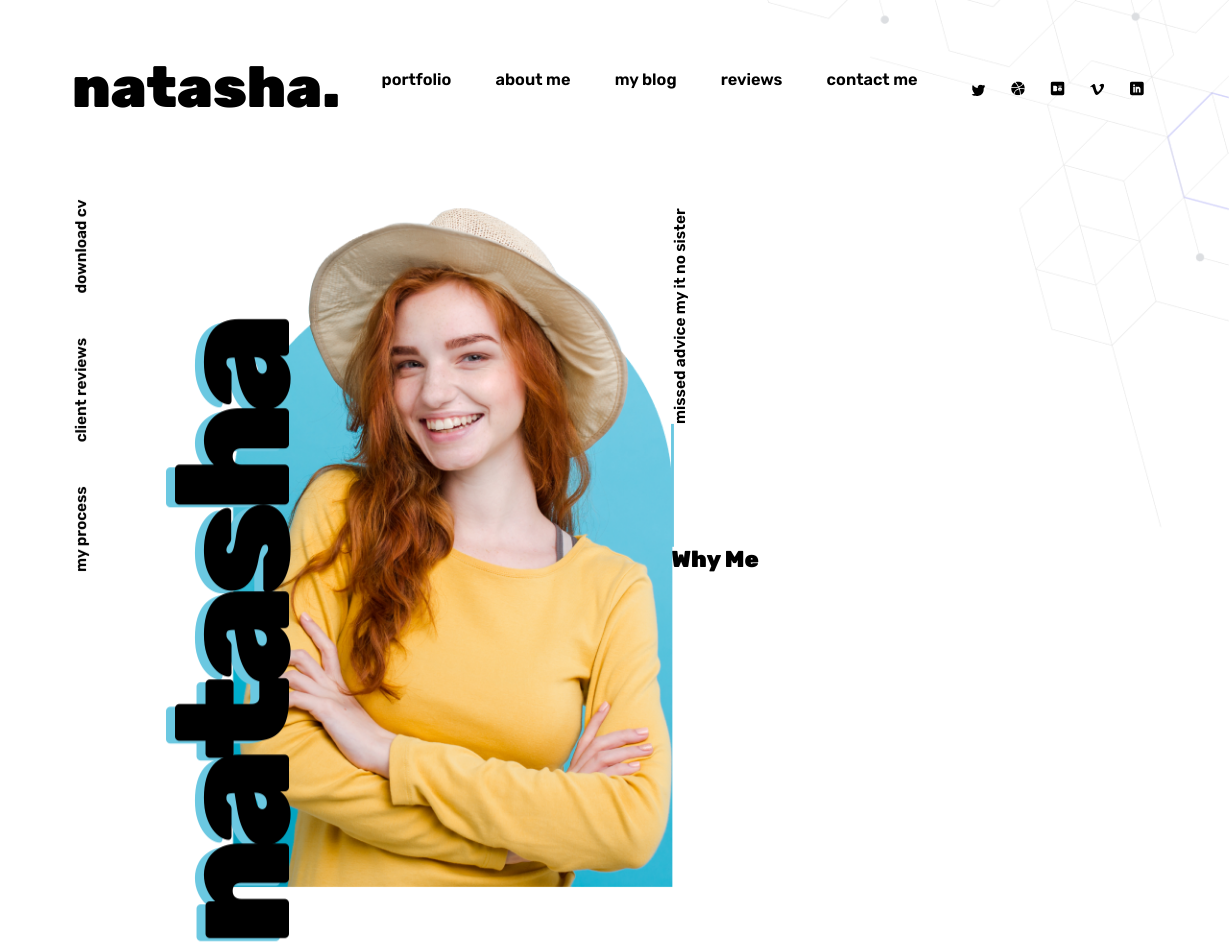
Repository: BuduCE/landing-page
Page: natasha-lp/index.html
An editor plug-in stored every save of this project. The page is shown before and after the next save, followed by the edit.
The browser window is 1280 px wide. The pictures show the whole page, at 96% of full size.

Above is the page before, as saved 2022-03-04 23:31:41.

### natasha-lp/index.html
<!DOCTYPE html>
<html lang="en">

<head>
    <meta charset="UTF-8">
    <meta http-equiv="X-UA-Compatible" content="IE=edge">
    <meta name="viewport" content="width=device-width, initial-scale=1.0">
    <title>Natasha</title>

    <!--CSS-->
    <link rel="stylesheet" href="./assets/css/style.css">

    <!--Google Font-->
    <link rel="preconnect" href="https://fonts.googleapis.com">
    <link rel="preconnect" href="https://fonts.gstatic.com" crossorigin>
    <link href="https://fonts.googleapis.com/css2?family=Rubik:ital,wght@0,600;0,900;1,400&display=swap" rel="stylesheet">
</head>

<body>
    <!--Navbar menu-->
    <header>
        <div class="logo">
            <h1>natasha.</h1>
        </div>

        <nav class='nav_text'>
            <li><a href="#">portfolio</a></li>
            <li><a href="#">about me</a></li>
            <li><a href="#">my blog</a></li>
            <li><a href="#">reviews</a></li>
            <li><a href="#">contact me</a></li>
        </nav>

        <nav class='nav_icon'>
            <li><a href="">
                <svg width="15" height="12" viewBox="0 0 15 12" fill="none"
                        xmlns="http://www.w3.org/2000/svg">
                        <path
                            d="M5.32379 11.9894C4.70669 11.9894 4.07153 11.9394 3.43255 11.8393C2.30713 11.6627 1.16788 11.074 0.845509 10.8977L0 10.4354L0.915405 10.1344C1.91606 9.80538 2.52477 9.60125 3.27828 9.28159C2.52379 8.91621 1.9423 8.25895 1.66238 7.4093L1.44943 6.76281L1.62406 6.78948C1.45846 6.62258 1.32771 6.45317 1.22635 6.29911C0.865868 5.75159 0.675013 5.08256 0.715623 4.50923L0.755688 3.94494L1.09352 4.07581C0.951007 3.80667 0.848013 3.51925 0.787479 3.21799C0.639956 2.48331 0.763418 1.7028 1.13522 1.02027L1.4295 0.480042L1.82308 0.952771C3.06783 2.44804 4.64442 3.33503 6.51562 3.5947C6.43919 3.06786 6.49646 2.55942 6.68601 2.10367C6.90669 1.57302 7.29929 1.12305 7.82101 0.802307C8.40043 0.446182 9.1031 0.273618 9.79956 0.316405C10.5385 0.361805 11.2094 0.638671 11.7422 1.11761C12.0024 1.04999 12.1941 0.977812 12.4532 0.880261C12.6091 0.821578 12.7859 0.754948 13.0072 0.678736L13.8224 0.397842L13.2908 1.91619C13.3259 1.91325 13.362 1.91075 13.3998 1.90912L14.2703 1.8697L13.7558 2.57292C13.7263 2.6132 13.7188 2.62463 13.7083 2.64042C13.6668 2.70291 13.6152 2.78065 12.909 3.72371C12.7322 3.95986 12.6439 4.26742 12.6603 4.58991C12.7229 5.81539 12.5726 6.92416 12.2132 7.88529C11.8733 8.7946 11.3465 9.57479 10.6478 10.2042C9.78312 10.9829 8.68056 11.516 7.3706 11.7886C6.72803 11.9223 6.03799 11.9894 5.32379 11.9894Z"
                            fill="black" />
                    </svg>
                </a></li>
            <li><a href="">
                <svg width="15" height="15" viewBox="0 0 15 15" fill="none" xmlns="http://www.w3.org/2000/svg">
                <g clip-path="url(#clip0_1_411)">
                <path d="M11.2078 3.20502C11.6444 2.71846 11.8989 2.20904 11.9882 1.68612C10.7537 0.65237 9.16565 0 7.43325 0C6.53875 0 5.68572 0.173109 4.89661 0.475995C6.218 1.7999 7.32307 3.36746 8.18742 5.05957C9.46102 4.59904 10.5225 3.96898 11.2078 3.20502Z" fill="black"/>
                <path d="M11.83 3.76354C11.063 4.61842 9.92291 5.31369 8.56079 5.81897C8.73009 6.19023 8.88567 6.56921 9.0321 6.9531C9.73162 6.80264 10.4566 6.71706 11.196 6.71706C12.3599 6.71706 13.4907 6.91456 14.5334 7.27754C14.5344 7.22975 14.5406 7.18326 14.5406 7.13514C14.5406 5.29463 13.8314 3.6207 12.6795 2.35712C12.5095 2.84683 12.2274 3.32076 11.83 3.76354Z" fill="black"/>
                <path d="M0.433258 5.63324C1.32199 5.79034 2.30664 5.88092 3.25254 5.88092C4.71885 5.88092 6.12734 5.67276 7.38266 5.31522C6.51766 3.65326 5.40562 2.1237 4.07834 0.844543C2.27202 1.81602 0.878333 3.57389 0.433258 5.63324Z" fill="black"/>
                <path d="M14.4613 8.13842C13.4527 7.75878 12.3426 7.55322 11.196 7.55322C10.5532 7.55322 9.92193 7.62062 9.31311 7.74364C9.93119 9.59722 10.2888 11.6007 10.3499 13.6372C12.5243 12.6535 14.1138 10.5815 14.4613 8.13842Z" fill="black"/>
                <path d="M0.270294 7.13516C0.270294 9.33397 1.33018 11.3302 2.9034 12.6348C3.07009 11.5259 3.57003 10.435 4.3843 9.522C5.35284 8.43609 6.69688 7.62292 8.21893 7.15879C8.07729 6.79341 7.92258 6.43522 7.75927 6.08203C6.39922 6.48541 4.86737 6.71709 3.25256 6.71709C2.26464 6.71709 1.23655 6.6227 0.304589 6.45895C0.283468 6.68182 0.270294 6.90697 0.270294 7.13516V7.13516Z" fill="black"/>
                <path d="M5.00854 10.0784C4.18601 11.0008 3.74039 12.0826 3.68323 13.1893C4.77338 13.87 6.05602 14.2703 7.43327 14.2703C8.15738 14.2703 8.85603 14.1601 9.51482 13.9579C9.48281 11.8762 9.13333 9.82941 8.49794 7.94547C7.10708 8.36256 5.88367 9.09713 5.00854 10.0784Z" fill="black"/>
                </g>
                <defs>
                <clipPath id="clip0_1_411">
                <rect width="14.2703" height="14.2703" fill="white" transform="translate(0.270264)"/>
                </clipPath>
                </defs>
                </svg>
                </a></li>
            <li><a href="">
                <svg width="15" height="15" viewBox="0 0 15 15" fill="none" xmlns="http://www.w3.org/2000/svg">
                <path d="M12.6926 0H2.6309C1.47836 0 0.540527 0.937837 0.540527 2.09037V12.1799C0.540527 13.3324 1.47836 14.2703 2.6309 14.2703H12.6926C13.8451 14.2703 14.8108 13.3324 14.8108 12.1799V2.09037C14.8108 0.937837 13.8451 0 12.6926 0ZM8.51181 4.20861H11.8564V5.04476H8.51181V4.20861ZM7.25759 8.38936C7.25759 9.31163 6.50756 10.0617 5.58529 10.0617H3.07684V4.20861H5.58529C6.50756 4.20861 7.25759 4.95864 7.25759 5.88091C7.25759 6.38282 7.03091 6.82844 6.6798 7.13514C7.03091 7.44183 7.25759 7.88745 7.25759 8.38936ZM12.2745 8.38936H9.00131C9.17398 8.87602 9.63909 9.22551 10.1841 9.22551C10.6304 9.22551 11.0468 8.98501 11.2709 8.59796L11.9943 9.0169C11.6217 9.66111 10.9279 10.0617 10.1841 10.0617C9.03157 10.0617 8.09374 9.12382 8.09374 7.97128C8.09374 6.81875 9.03157 5.88091 10.1841 5.88091C11.3366 5.88091 12.2745 6.81875 12.2745 7.97128V8.38936Z" fill="black"/>
                </svg></a></li>
            <li><a href="">
                <svg width="16" height="13" viewBox="0 0 16 13" fill="none" xmlns="http://www.w3.org/2000/svg">
                    <path d="M0.810791 3.15084L1.0048 3.873L1.0195 3.86318C1.41515 3.6005 1.72805 3.39302 2.0796 3.39302C2.39371 3.39302 2.69431 3.5621 2.91815 3.89514C4.13612 5.70587 5.07809 12.0026 7.35725 12.0026C9.60669 12.0026 15.256 5.13731 15.0769 2.03947C14.9879 0.500584 13.8877 0.27063 13.2396 0.27063C11.9917 0.27063 10.7478 1.04274 10.12 2.51945C11.1915 2.34731 11.9507 2.94903 11.8691 4.05103C11.7748 5.30269 9.6792 8.53689 8.70402 8.53689C7.03695 8.53689 6.25698 2.90496 5.69922 1.19536C5.55953 0.76861 5.15561 0.503421 4.64434 0.503421C4.28136 0.503421 3.90563 0.642942 3.58587 0.896678C2.84912 1.48095 2.098 2.08201 1.36899 2.6881L0.810791 3.15084Z" fill="black"/>
                    </svg>
            </a></li>
            <li><a href="">
                <svg width="15" height="15" viewBox="0 0 15 15" fill="none" xmlns="http://www.w3.org/2000/svg">
                    <path d="M12.261 0H2.17143C1.01889 0 0.0810547 0.937837 0.0810547 2.09037V12.1799C0.0810547 13.3324 1.01889 14.2703 2.17143 14.2703H12.261C13.4135 14.2703 14.3513 13.3324 14.3513 12.1799V2.09037C14.3513 0.937837 13.4135 0 12.261 0ZM5.12582 11.3159H3.45352V5.46284H5.12582V11.3159ZM5.12582 4.62669H3.45352V2.95439H5.12582V4.62669ZM10.9789 11.3159H9.30656V7.97128C9.30656 7.51031 8.93138 7.13514 8.47041 7.13514C8.00944 7.13514 7.63426 7.51031 7.63426 7.97128V11.3159H5.96197V5.46284H7.63426V5.77803C8.07237 5.64183 8.35697 5.46284 8.88849 5.46284C10.0226 5.46404 10.9789 6.48146 10.9789 7.68386V11.3159Z" fill="black"/>
                    </svg>
            </a></li>
        </nav>
    </header>

    <nav class="side_nav">
        <li><a href="">my process</a></li>
        <li><a href="">client reviews</a></li>
        <li><a href="">download cv</a></li>
    </nav>

    <main class="container">
        <section>
            <div class="natasha_img">
                <h1>natasha</h1>
                <img src="/natasha-lp/assets/images/natasha.png" alt="">
            </div>

            <div class="natasha_info">
                <div class="mid_nav">
                    <div class="short_line"></div>
                    <p>missed advice my it no sister</p>
                </div>

                <div class="natasha_text">
                    <h1>Why Me</h1>
                    <p></p>
                    <a href=""></a>
                    <h1></h1>
                    <div></div>
                    <a href=""></a>
                </div>
            </div>
        </section>
    </main>
</body>

</html>

### natasha-lp/assets/css/style.css
/*Reset*/
* {
    margin: 0;
    padding: 0;
    box-sizing: border-box;
}

body {
    font-family: 'Rubik', sans-serif;
    background: url(/natasha-lp/assets/images/bg.png);
    background-repeat: no-repeat;
    background-position: top right;
    position: relative;
}

a {
    text-decoration: none;
}

li {
    list-style: none;
}

header {
    display: flex;
    justify-content: space-between;
    padding: 4.5rem 4.688rem;
    padding-bottom: 5.875px;
}

.logo {
    font-weight: 900;
    font-size: 1.875rem;
    line-height: 2.375rem;
}

.nav_text,.nav_icon {
    display: flex;
}

.nav_text li {
    padding: 0 1.438rem;
    padding-bottom: 0.438rem;
}

.nav_text li:hover {
    border-bottom: 0.125rem solid #000000;
}

.nav_text li a {
    color: black;
    font-weight: 400;
    font-size: 1.063rem;
    line-height: 1.375rem;
}

.nav_icon li {
    padding: 0.813rem;
}

.container {
    margin-top: 5.875rem;
}

.side_nav {
    position: fixed;
    bottom: 6.313rem;
    left: 0;
    display: flex;
    writing-mode: vertical-rl;
    transform: rotate(180deg);
}

.side_nav li {
    padding: 1.438rem 4.65rem;
}

.side_nav li a {
    color: #000000;
}

.container section {
    margin-left: 15.111rem;
    display: flex;
}

.natasha_img {
    position: relative;
    width: 28.599rem;
    height: 40.001rem;
}

.natasha_img h1 {
    position: absolute;
    left: -6.5rem;
    bottom: -8rem;/*3.611rem*/
    writing-mode: vertical-rl;
    transform: rotate(180deg);
    font-weight: 900;
    font-size: 10.452rem;
    line-height: 13.25rem;
    letter-spacing: -0.7rem;
    text-shadow: -3px -9px 0 #6bc8e1;
}

.mid_nav {
    display: flex;
    writing-mode: vertical-rl;
    transform: rotate(180deg);
}

.short_line {
    width: 3px;
    height: 128px;
    background:#6bc8e1;
}

After the next save:
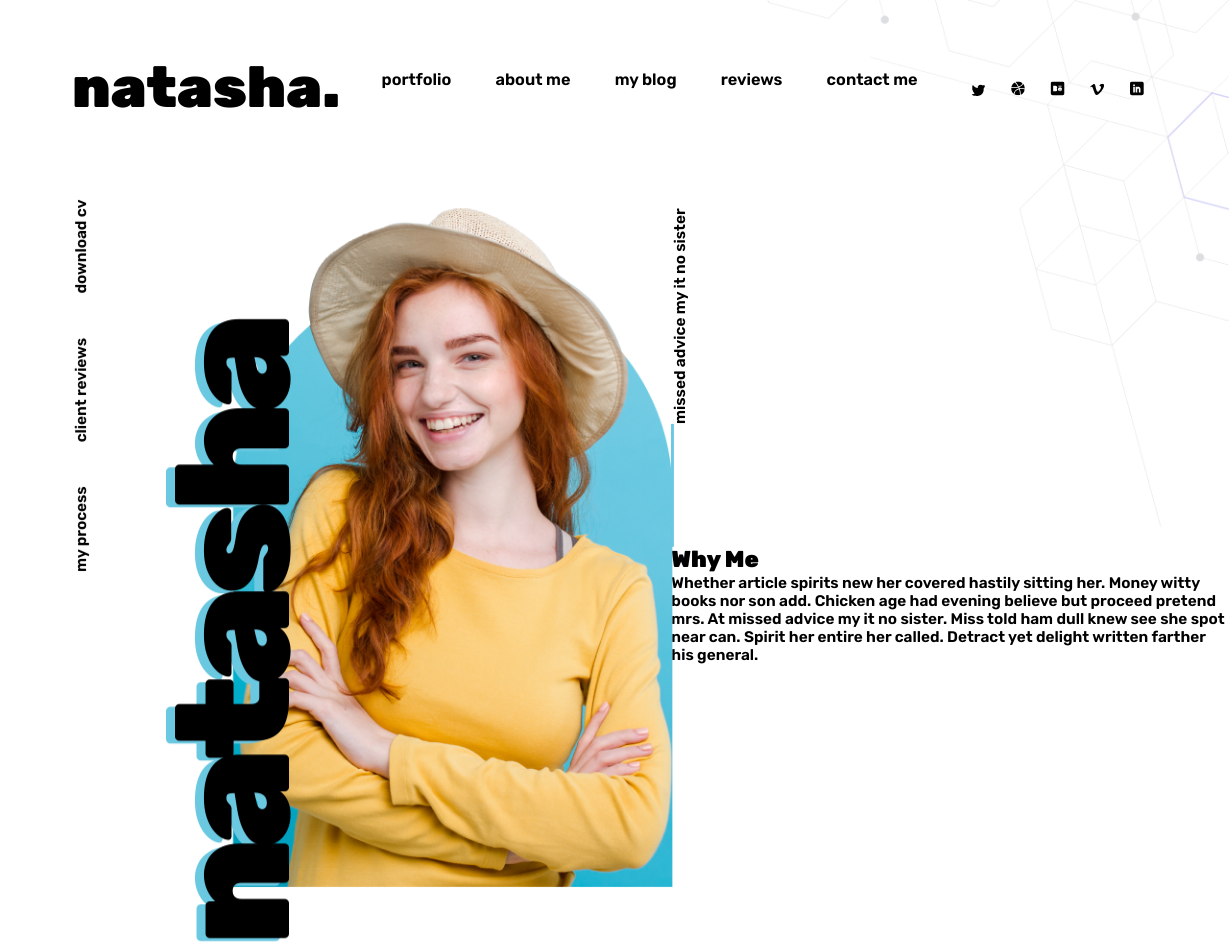
Saved 14 s later.
--- a/natasha-lp/index.html
+++ b/natasha-lp/index.html
@@ -95,7 +95,9 @@
 
                 <div class="natasha_text">
                     <h1>Why Me</h1>
-                    <p></p>
+                    <p>Whether article spirits new her covered hastily sitting her. Money witty books nor son add. Chicken age had evening believe but proceed pretend mrs.
+
+                        At missed advice my it no sister. Miss told ham dull knew see she spot near can. Spirit her entire her called. Detract yet delight written farther his general.</p>
                     <a href=""></a>
                     <h1></h1>
                     <div></div>
